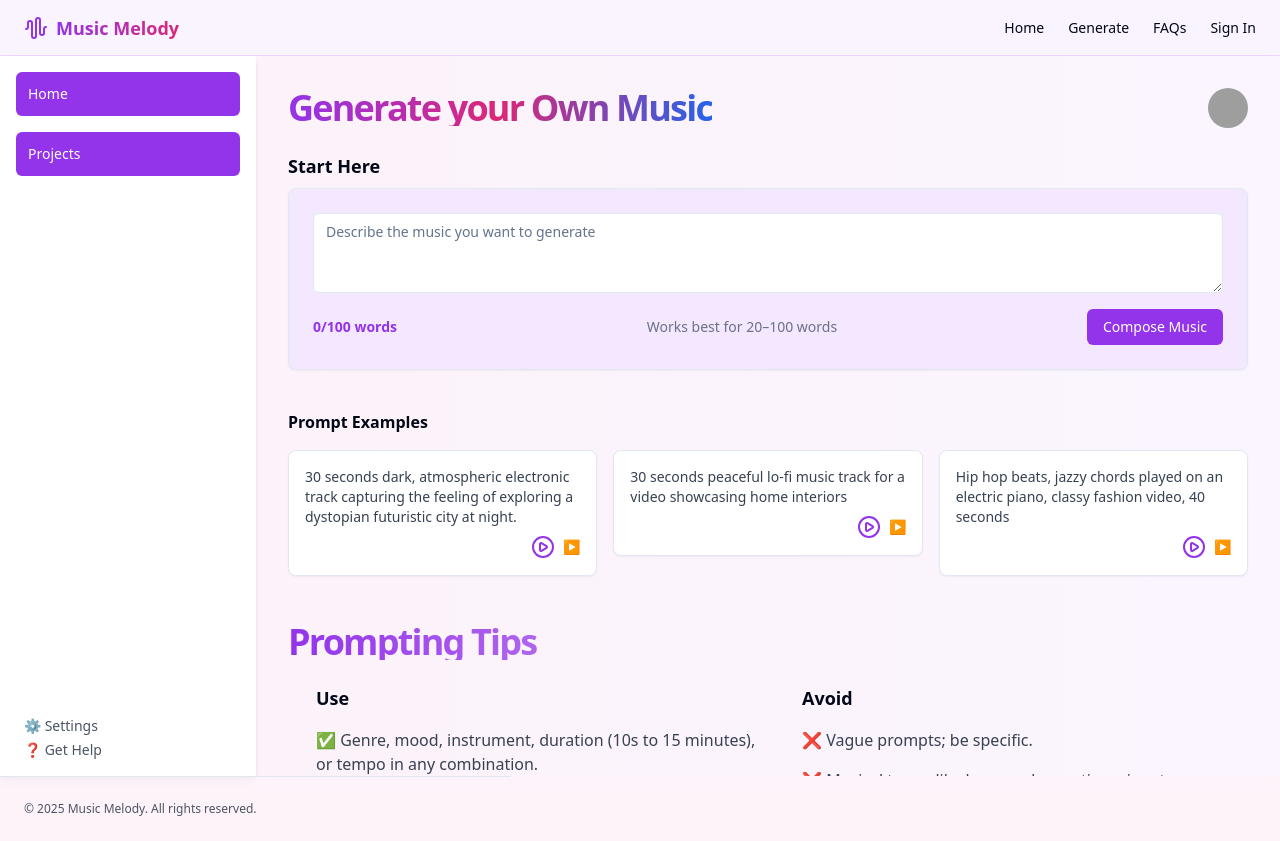
Repository: Aadityakesarwani/musicMelody
Page: /MusicMelodyUI
The author's editor kept a copy of each file at every save. The page is drawn from the files as they stood at one save, then again after the next save.
The browser window is 1280 px wide. The pictures show the whole page.
Pictures or frames that could not be fetched are drawn as grey boxes. An inner scrolling area shows only its first screen. The project was rebuilt for these pictures with package versions that can differ from the ones it lists, and the page was loaded fresh each time. Also part of the build but not shown: vite.config.js, src/components/ui/accordion.jsx, src/components/Faq.jsx, src/components/Hero.jsx, src/components/HowItWorks.jsx, src/context/AuthContext.jsx, src/components/SignIn.jsx, src/components/MusicSection.jsx and 7 more. Imported but missing from the stored project, and not drawn on this page: src/assets/1.mp4, src/assets/2.mp4, src/assets/3.mp4, src/assets/4.mp4, src/assets/5.mp4.

Above is the page before, as saved 2025-04-13 19:25:04.

### src/main.jsx
import './polyfills';
import React from 'react'
import ReactDOM from 'react-dom/client'
import App from './App'
import './index.css'

ReactDOM.createRoot(document.getElementById('root')).render(
  <React.StrictMode>
    <App />
  </React.StrictMode>,
)

### src/polyfills.js
// Add global polyfill for browser environment
if (typeof global === 'undefined') {
  window.global = window;
}

### src/App.jsx
import { BrowserRouter } from "react-router-dom";
import { Route, Routes } from "react-router-dom";

import FAQ from "./components/Faq";
import Footer from "./components/Footer";
import Header from "./components/Header";
import Hero from "./components/Hero";
import HowItWorks from "./components/HowItWorks";
import LoginSignUpPage from "./components/SignIn";
import MusicSection from "./components/MusicSection";
import MusicLandingPage from "./components/MusicLandingPage";
import MusicMelodyUI from "./components/MusicMelodyUI";
import CTA from "./components/Cta";
import ProjectDetails from "./components/ProjectDetails";
import Pricing from "./components/Pricing";
import TermsOfService from "./components/TermsOfService";
import Home from "./components/Home";

function App() {
  return (
    <BrowserRouter>
      <div className="flex flex-col min-h-screen bg-gradient-to-b from-purple-100 to-pink-100 dark:from-purple-900 dark:to-pink-900">
        <Header />
        <main className="flex-1">
          <Routes>
            <Route path="/LoginSignUpPage" element={<LoginSignUpPage />} />
            <Route path="/MusicLandingPage" element={<MusicLandingPage />} />
            <Route path="/MusicMelodyUI" element={<MusicMelodyUI />} />
            <Route path="/ProjectDetails" element={<ProjectDetails />} />
            <Route path="/Pricing" element={<Pricing />} />
            <Route path="/TermsOfService" element={<TermsOfService />} />
            <Route path="/Home" element={<Home />} />
            <Route
              path="/"
              element={
                <div className="flex flex-col gap-8">
                  <section id="hero">
                    <Hero />
                  </section>
                  <section id="music-section">
                    <MusicSection />
                  </section>
                  <section id="howitworks">
                    <HowItWorks />
                  </section>
                  <section id="faqs">
                    <FAQ />
                  </section>
                  <section id="cta">
                    <CTA />
                  </section>
                </div>
              }
            />
          </Routes>
        </main>
        <Footer />
      </div>
    </BrowserRouter>
  );
}

export default App;

### src/components/Footer.jsx
import React from 'react';
import { Link } from 'react-router-dom'; // Import Link from react-router-dom

export default function Footer() {
  return (
    <footer className="flex flex-col gap-2 sm:flex-row py-6 w-full shrink-0 items-center px-4 md:px-6 border-t bg-white/50 backdrop-blur-sm dark:bg-gray-800/50">
      <p className="text-xs text-gray-600 dark:text-gray-400">
        © {new Date().getFullYear()} Music Melody. All rights reserved.
      </p>
      <nav className="sm:ml-auto flex gap-4 sm:gap-6">
        {/* Link to the Terms of Service page */}
        <Link
          className="text-xs hover:underline underline-offset-4 text-gray-600 hover:text-purple-600 dark:text-gray-400 dark:hover:text-purple-400"
          to="/TermsOfService" // Use the path you defined for Terms of Service in your router
        >
          Terms of Service
        </Link>
        <Link
          className="text-xs hover:underline underline-offset-4 text-gray-600 hover:text-purple-600 dark:text-gray-400 dark:hover:text-purple-400"
          to="/Privacy" // Use the path you defined for Privacy Policy in your router
        >
          Privacy
        </Link>
      </nav>
    </footer>
  );
}

### src/components/Header.jsx
import { AudioWaveform, Menu, X } from "lucide-react";
import { Link, useLocation } from "react-router-dom";
import { useState } from "react";

export default function Header() {
  const location = useLocation();
  const [isMenuOpen, setIsMenuOpen] = useState(false);

  const scrollToSection = (sectionId) => {
    if (location.pathname === '/') {
      const element = document.getElementById(sectionId);
      if (element) {
        element.scrollIntoView({ behavior: 'smooth' });
      }
    }
    setIsMenuOpen(false);
  };

  return (
    <header className="sticky top-0 z-50 px-4 lg:px-6 h-14 flex items-center border-b border-purple-200 dark:border-purple-800 bg-white/50 backdrop-blur-sm dark:bg-gray-800/50">
      <Link
        to="/"
        onClick={() => scrollToSection('hero')}
        className="flex items-center justify-center"
      >
        <AudioWaveform className="h-6 w-6 text-purple-600 dark:text-purple-400" />
        <span className="ml-2 text-lg font-bold bg-clip-text text-transparent bg-gradient-to-r from-purple-600 to-pink-600 dark:from-purple-400 dark:to-pink-400">
          Music Melody
        </span>
      </Link>

      {/* Hamburger Menu */}
      <button
        onClick={() => setIsMenuOpen(!isMenuOpen)}
        className="ml-auto md:hidden"
      >
        {isMenuOpen ? (
          <X className="h-6 w-6 text-purple-600 dark:text-purple-400" />
        ) : (
          <Menu className="h-6 w-6 text-purple-600 dark:text-purple-400" />
        )}
      </button>

      {/* Desktop Navigation */}
      <nav className="ml-auto hidden md:flex gap-4 sm:gap-6">
        <Link
          to="/"
          onClick={() => scrollToSection('hero')}
          className="text-sm font-medium hover:text-purple-600 dark:hover:text-purple-400 transition-colors"
        >
          Home
        </Link>
        <Link
          to="/MusicLandingPage"
          className="text-sm font-medium hover:text-purple-600 dark:hover:text-purple-400 transition-colors"
        >
          Generate
        </Link>
        <Link
          to="/"
          onClick={() => scrollToSection('faqs')}
          className="text-sm font-medium hover:text-purple-600 dark:hover:text-purple-400 transition-colors"
        >
          FAQs
        </Link>
        <Link
          to="/LoginSignUpPage"
          className="text-sm font-medium hover:text-purple-600 dark:hover:text-purple-400 transition-colors"
        >
          Sign In
        </Link>
      </nav>

      {/* Mobile Navigation */}
      {isMenuOpen && (
        <div className="absolute top-14 left-0 right-0 bg-white dark:bg-gray-800 border-b border-purple-200 dark:border-purple-800 md:hidden">
          <nav className="flex flex-col p-4">
            <Link
              to="/"
              onClick={() => scrollToSection('hero')}
              className="py-2 text-sm font-medium hover:text-purple-600 dark:hover:text-purple-400 transition-colors"
            >
              Home
            </Link>
            <Link
              to="/"
              onClick={() => scrollToSection('generator')}
              className="py-2 text-sm font-medium hover:text-purple-600 dark:hover:text-purple-400 transition-colors"
            >
              Generate
            </Link>
            <Link
              to="/"
              onClick={() => scrollToSection('faqs')}
              className="py-2 text-sm font-medium hover:text-purple-600 dark:hover:text-purple-400 transition-colors"
            >
              FAQs
            </Link>
            <Link
              to="/LoginSignUpPage"
              className="py-2 text-sm font-medium hover:text-purple-600 dark:hover:text-purple-400 transition-colors"
            >
              Sign In
            </Link>
          </nav>
        </div>
      )}
    </header>
  );
}

### src/components/MusicMelodyUI.jsx
import { motion } from "framer-motion";
import { Button } from "./ui/button";
import { Link } from "react-router-dom";
import { Card } from "./ui/card";
import { Avatar, AvatarImage } from "./ui/avatar";
import { Textarea } from "./ui/textarea";
import { CirclePlay } from "lucide-react";

export default function MusicMelodyUI() {
  return (
    <div className="flex h-screen bg-gradient-to-r from-pink-50 to-purple-50">
      {/* Sidebar */}
      <aside className="w-1/5 p-4 bg-white shadow-md flex flex-col justify-between">
        <div>
          <nav className="space-y-2">
            <Link to="/MusicLandingPage">
              <Button variant="default" className="w-full justify-start bg-purple-600 hover:bg-purple-700 text-white px-3 py-3 mb-4">
                Home
              </Button>
            </Link>
            <Link to="/ProjectDetails">
              <Button variant="outline" className="w-full justify-start bg-purple-600 hover:bg-purple-700 text-white px-3 py-3">
                Projects
              </Button>
            </Link>
          </nav>
        </div>
        <div className="space-y-1 text-sm text-gray-600 pl-2">
          <div className="cursor-pointer">⚙️ Settings</div>
          <div className="cursor-pointer">❓ Get Help</div>
        </div>
      </aside>

      {/* Main Content */}
      <main className="flex-1 p-8 overflow-auto">
        {/* Header */}
        <motion.header
          initial={{ opacity: 0 }}
          animate={{ opacity: 1 }}
          transition={{ duration: 0.5 }}
          className="flex justify-between items-center"
        >
          <h1 className="text-2xl font-bold tracking-tighter sm:text-2xl md:text-2xl lg:text-4xl/none bg-clip-text text-transparent
           bg-gradient-to-r from-purple-600 via-pink-600 to-blue-600 dark:from-purple-400
           dark:via-pink-400 dark:to-blue-400">
            Generate your Own Music
          </h1>
          <Avatar>
            <AvatarImage src="https://github.com/shadcn.png" alt="User avatar" />
          </Avatar>
        </motion.header>

        {/* Input Section */}
        <section className="mt-6">
          <h2 className="text-lg font-semibold mb-2">Start Here</h2>
          <Card className="p-6 bg-purple-100">
            <Textarea
              placeholder="Describe the music you want to generate"
              className="bg-white mb-4"
            />
            <div className="flex justify-between items-center text-sm">
              <span className="text-purple-600 font-bold">0/100 words</span>
              <span className="text-gray-500">Works best for 20–100 words</span>
              <Link to="/home">
                <Button variant="default" className="bg-purple-600 hover:bg-purple-700 text-white px-4 py-2">Compose Music</Button>
              </Link>
            </div>
          </Card>
        </section>

        {/* Prompt Examples */}
        <section className="mt-10">
          <h3 className="text-md font-semibold mb-4">Prompt Examples</h3>
          <div className="grid grid-cols-1 md:grid-cols-3 gap-4">
            {[
              "30 seconds dark, atmospheric electronic track capturing the feeling of exploring a dystopian futuristic city at night.",
              "30 seconds peaceful lo-fi music track for a video showcasing home interiors",
              "Hip hop beats, jazzy chords played on an electric piano, classy fashion video, 40 seconds"
            ].map((prompt, index) => (
              <motion.div
                key={index}
                initial={{ opacity: 0 }}
                animate={{ opacity: 1 }}
                transition={{ duration: 0.5, delay: index * 0.1 }}
              >
                <Card className="p-4">
                  <p className="text-sm text-gray-700">{prompt}</p>
                  <div className="flex justify-end mt-2 gap-2">
                    <CirclePlay className="cursor-pointer text-purple-600" />
                    <Button variant="ghost" size="icon">▶</Button>
                  </div>
                </Card>
              </motion.div>
            ))}
          </div>
        </section>

        {/* Prompting Tips Section */}
        <section className="mt-12  space-y-4 space-x-7 mb-7">
          <h3 className="text-xl font-bold mb-6 font-bold tracking-tighter sm:text-2xl md:text-2xl lg:text-4xl/none bg-clip-text text-transparent
           bg-gradient-to-r from-purple-600 v ">Prompting Tips</h3>
          <div className="grid grid-cols-1 md:grid-cols-2 gap-10">
            {/* Use Column */}
            <div>
              <h4 className="text-lg font-semibold mb-4">Use</h4>
              <ul className="space-y-4 text-gray-700">
                <li>✅ Genre, mood, instrument, duration (10s to 15 minutes), or tempo in any combination.</li>
                <li>✅ Genre like ambient, cinematic, lo-fi, electronic, rock, hio-hop for best results.</li>
                <li>✅ Keywords to mention the intended use (e.g., podcast, game)</li>
                <li>✅ Descriptive adjectives (e.g., dreamy, energetic) for tailored outputs.</li>
              </ul>
            </div>

            {/* Avoid Column */}
            <div>
              <h4 className="text-lg font-semibold mb-4">Avoid</h4>
              <ul className="space-y-4 text-gray-700">
                <li>❌ Vague prompts; be specific.</li>
                <li>❌ Musical terms like keys, scales, or time signatures.</li>
                <li>❌ Asking for vocals, sounds effective or foiey.</li>
                <li>❌ Including lyrics or scripts in prompts.</li>
              </ul>
            </div>
          </div>
          <p className="mt-8 text-sm text-center font-medium text-gray-800">
            want to read more? get the full guide here
          </p>
        </section>
      </main>
    </div>
  );
}

### src/components/ui/button.jsx
import * as React from "react";
import { Slot } from "@radix-ui/react-slot";
import { cn } from "../../lib/utils";

const Button = React.forwardRef(
  // eslint-disable-next-line react/prop-types
  ({ className, asChild = false, ...props }, ref) => {
    const Comp = asChild ? Slot : "button";
    return (
      <Comp
        className={cn(
          "inline-flex items-center justify-center whitespace-nowrap rounded-md text-sm font-medium transition-colors focus-visible:outline-none focus-visible:ring-1 focus-visible:ring-ring disabled:pointer-events-none disabled:opacity-50",
          className
        )}
        ref={ref}
        {...props}
      />
    );
  }
);

Button.displayName = "Button";

export { Button };

### src/components/ui/card.jsx
import * as React from "react";
import PropTypes from "prop-types"; // Import PropTypes for validation
import { cn } from "../../lib/utils";

const Card = React.forwardRef(({ className, ...props }, ref) => (
  <div
    ref={ref}
    className={cn(
      "rounded-lg border bg-card text-card-foreground shadow-sm",
      className
    )}
    {...props}
  />
));
Card.displayName = "Card";

// PropType validation
Card.propTypes = {
  className: PropTypes.string,
  children: PropTypes.node,
};

const CardHeader = React.forwardRef(({ className, ...props }, ref) => (
  <div
    ref={ref}
    className={cn("flex flex-col space-y-1.5 p-6", className)}
    {...props}
  />
));
CardHeader.displayName = "CardHeader";

// PropType validation
CardHeader.propTypes = {
  className: PropTypes.string,
  children: PropTypes.node,
};

const CardTitle = React.forwardRef(({ className, ...props }, ref) => (
  <h3
    ref={ref}
    className={cn(
      "text-2xl font-semibold leading-none tracking-tight",
      className
    )}
    {...props}
  />
));
CardTitle.displayName = "CardTitle";

// PropType validation
CardTitle.propTypes = {
  className: PropTypes.string,
  children: PropTypes.node,
};

const CardDescription = React.forwardRef(({ className, ...props }, ref) => (
  <p
    ref={ref}
    className={cn("text-sm text-muted-foreground", className)}
    {...props}
  />
));
CardDescription.displayName = "CardDescription";

// PropType validation
CardDescription.propTypes = {
  className: PropTypes.string,
  children: PropTypes.node,
};

const CardContent = React.forwardRef(({ className, ...props }, ref) => (
  <div ref={ref} className={cn("p-6 pt-0", className)} {...props} />
));
CardContent.displayName = "CardContent";

// PropType validation
CardContent.propTypes = {
  className: PropTypes.string,
  children: PropTypes.node,
};

const CardFooter = React.forwardRef(({ className, ...props }, ref) => (
  <div
    ref={ref}
    className={cn("flex items-center p-6 pt-0", className)}
    {...props}
  />
));
CardFooter.displayName = "CardFooter";

// PropType validation
CardFooter.propTypes = {
  className: PropTypes.string,
  children: PropTypes.node,
};

export { Card, CardHeader, CardFooter, CardTitle, CardDescription, CardContent };

### src/components/ui/avatar.jsx
import * as React from "react";
import PropTypes from "prop-types"; // For prop validation
import { cn } from "../../lib/utils"; // Utility for classNames

const Avatar = React.forwardRef(({ className, ...props }, ref) => (
  <div
    ref={ref}
    className={cn(
      "relative flex h-10 w-10 shrink-0 overflow-hidden rounded-full",
      className
    )}
    {...props}
  />
));
Avatar.displayName = "Avatar";

Avatar.propTypes = {
  className: PropTypes.string,
  children: PropTypes.node,
};

const AvatarImage = React.forwardRef(({ className, ...props }, ref) => (
  <img
    ref={ref}
    className={cn("aspect-square h-full w-full", className)}
    {...props}
  />
));
AvatarImage.displayName = "AvatarImage";

AvatarImage.propTypes = {
  className: PropTypes.string,
  src: PropTypes.string.isRequired,
  alt: PropTypes.string,
};

export { Avatar, AvatarImage };

### src/components/ui/textarea.jsx
import * as React from "react";
import { cn } from "../../lib/utils";

// eslint-disable-next-line react/prop-types
const Textarea = React.forwardRef(({ className, ...props }, ref) => {
  return (
    <textarea
      className={cn(
        "flex min-h-[80px] w-full rounded-md border border-input bg-background px-3 py-2 text-sm ring-offset-background placeholder:text-muted-foreground focus-visible:outline-none focus-visible:ring-2 focus-visible:ring-ring focus-visible:ring-offset-2 disabled:cursor-not-allowed disabled:opacity-50",
        className
      )}
      ref={ref}
      {...props}
    />
  );
});

Textarea.displayName = "Textarea";

export { Textarea };

### tailwind.config.js
/** @type {import('tailwindcss').Config} */
export default {
  darkMode: ["class"],
  content: [
    "./index.html",
    "./src/**/*.{js,ts,jsx,tsx}",
  ],
  theme: {
    container: {
      center: true,
      padding: "2rem",
      screens: {
        "2xl": "1400px",
      },
    },
    extend: {
      colors: {
        border: "hsl(var(--border))",
        input: "hsl(var(--input))",
        ring: "hsl(var(--ring))",
        background: "hsl(var(--background))",
        foreground: "hsl(var(--foreground))",
        primary: {
          DEFAULT: "hsl(var(--primary))",
          foreground: "hsl(var(--primary-foreground))",
        },
        secondary: {
          DEFAULT: "hsl(var(--secondary))",
          foreground: "hsl(var(--secondary-foreground))",
        },
        destructive: {
          DEFAULT: "hsl(var(--destructive))",
          foreground: "hsl(var(--destructive-foreground))",
        },
        muted: {
          DEFAULT: "hsl(var(--muted))",
          foreground: "hsl(var(--muted-foreground))",
        },
        accent: {
          DEFAULT: "hsl(var(--accent))",
          foreground: "hsl(var(--accent-foreground))",
        },
        popover: {
          DEFAULT: "hsl(var(--popover))",
          foreground: "hsl(var(--popover-foreground))",
        },
        card: {
          DEFAULT: "hsl(var(--card))",
          foreground: "hsl(var(--card-foreground))",
        },
      },
      borderRadius: {
        lg: "var(--radius)",
        md: "calc(var(--radius) - 2px)",
        sm: "calc(var(--radius) - 4px)",
      },
      keyframes: {
        "accordion-down": {
          from: { height: 0 },
          to: { height: "var(--radix-accordion-content-height)" },
        },
        "accordion-up": {
          from: { height: "var(--radix-accordion-content-height)" },
          to: { height: 0 },
        },
      },
      animation: {
        "accordion-down": "accordion-down 0.2s ease-out",
        "accordion-up": "accordion-up 0.2s ease-out",
      },
    },
  },
  plugins: [require("tailwindcss-animate")],
}

Loaded but not shown: index.html (common file); src/index.css (common file); src/lib/utils.js (common file)

After the next save:
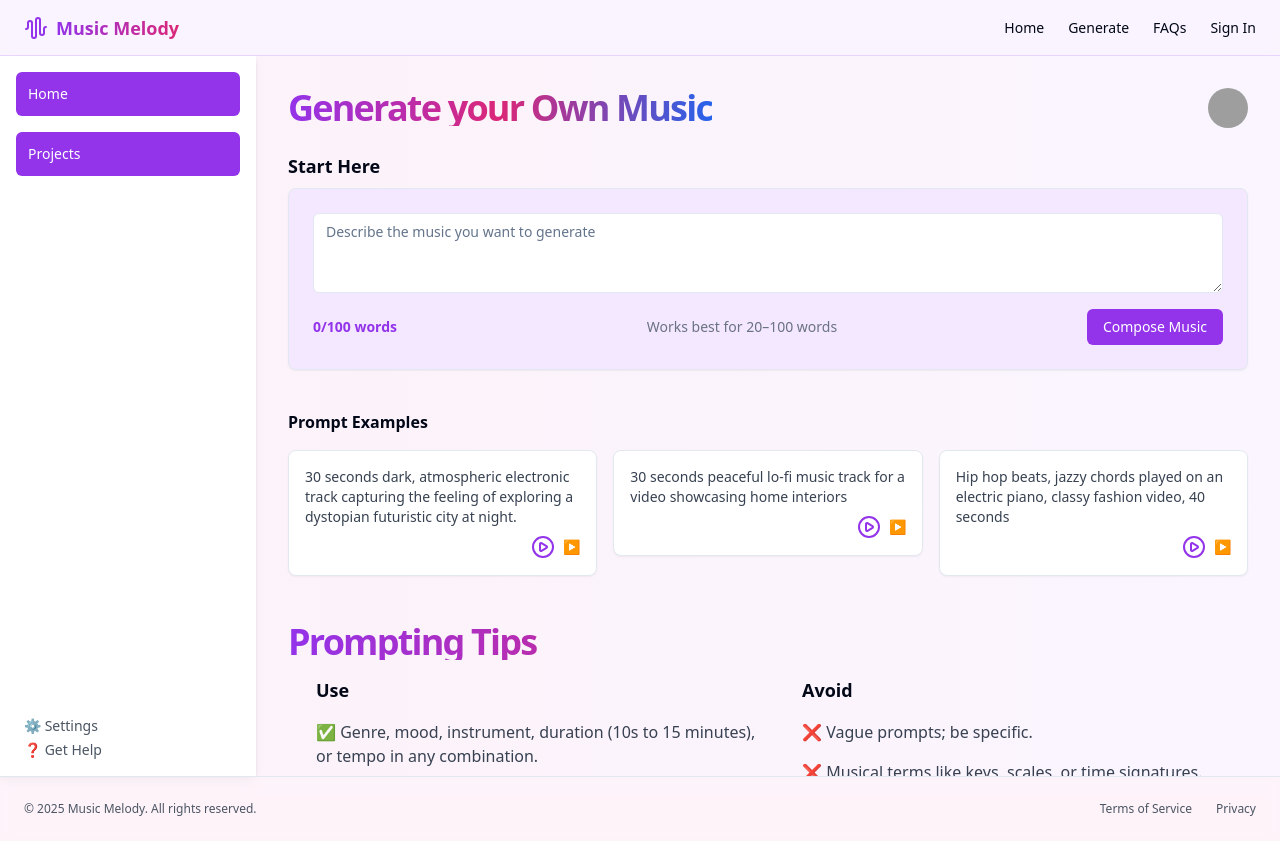
Saved 59 s later.
--- a/src/components/MusicMelodyUI.jsx
+++ b/src/components/MusicMelodyUI.jsx
@@ -97,8 +97,9 @@ export default function MusicMelodyUI() {
 
         {/* Prompting Tips Section */}
         <section className="mt-12  space-y-4 space-x-7 mb-7">
-          <h3 className="text-xl font-bold mb-6 font-bold tracking-tighter sm:text-2xl md:text-2xl lg:text-4xl/none bg-clip-text text-transparent
-           bg-gradient-to-r from-purple-600 v ">Prompting Tips</h3>
+          <h3 className="text-xl font-bold tracking-tighter sm:text-2xl md:text-2xl lg:text-4xl/none bg-clip-text text-transparent
+           bg-gradient-to-r from-purple-600 via-pink-600 to-blue-600 dark:from-purple-400
+           dark:via-pink-400 dark:to-blue-400">Prompting Tips</h3>
           <div className="grid grid-cols-1 md:grid-cols-2 gap-10">
             {/* Use Column */}
             <div>
